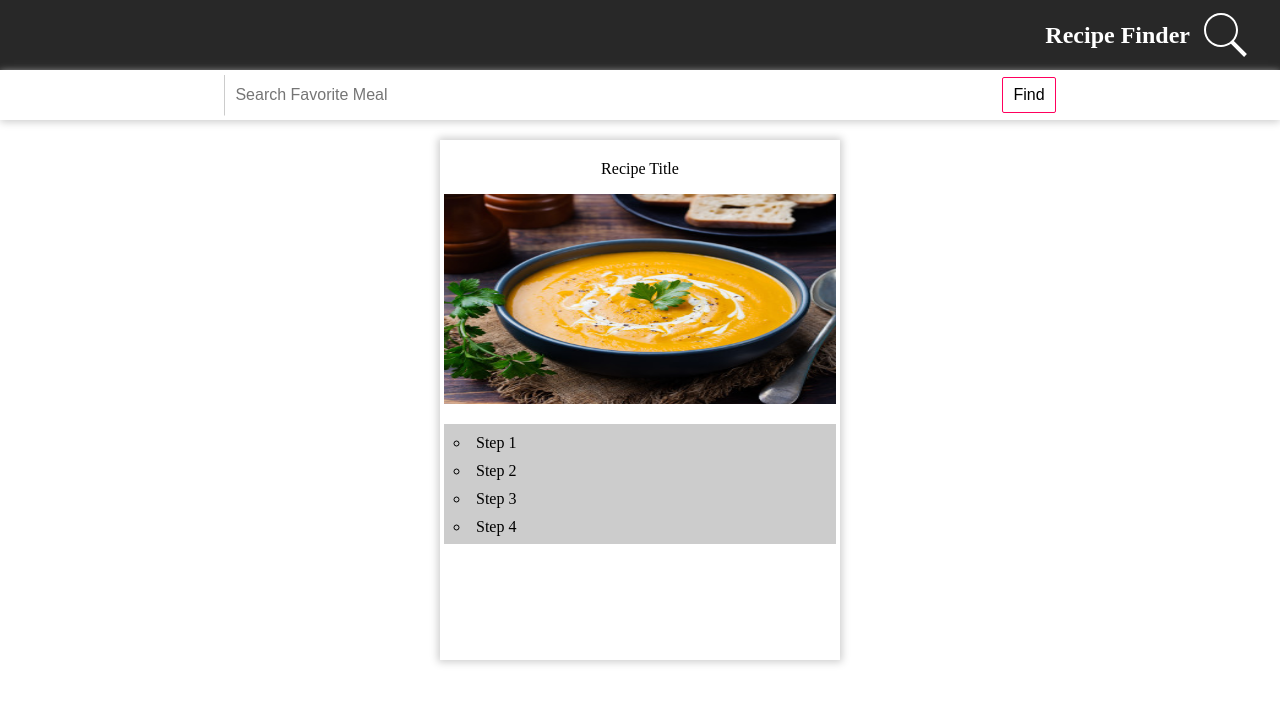
Repository: burntaftermint/recipes
Page: index.html
An editor plug-in stored every save of this project. The page is shown before and after the next save, followed by the edit.
The browser window is 1280 px wide. The pictures show the whole page.
The pointer rests on the first visible `.recipe`.
The page's requests for data from a server got no answer.

Above is the page before, as saved 2023-11-07 00:20:18.

After the next save:
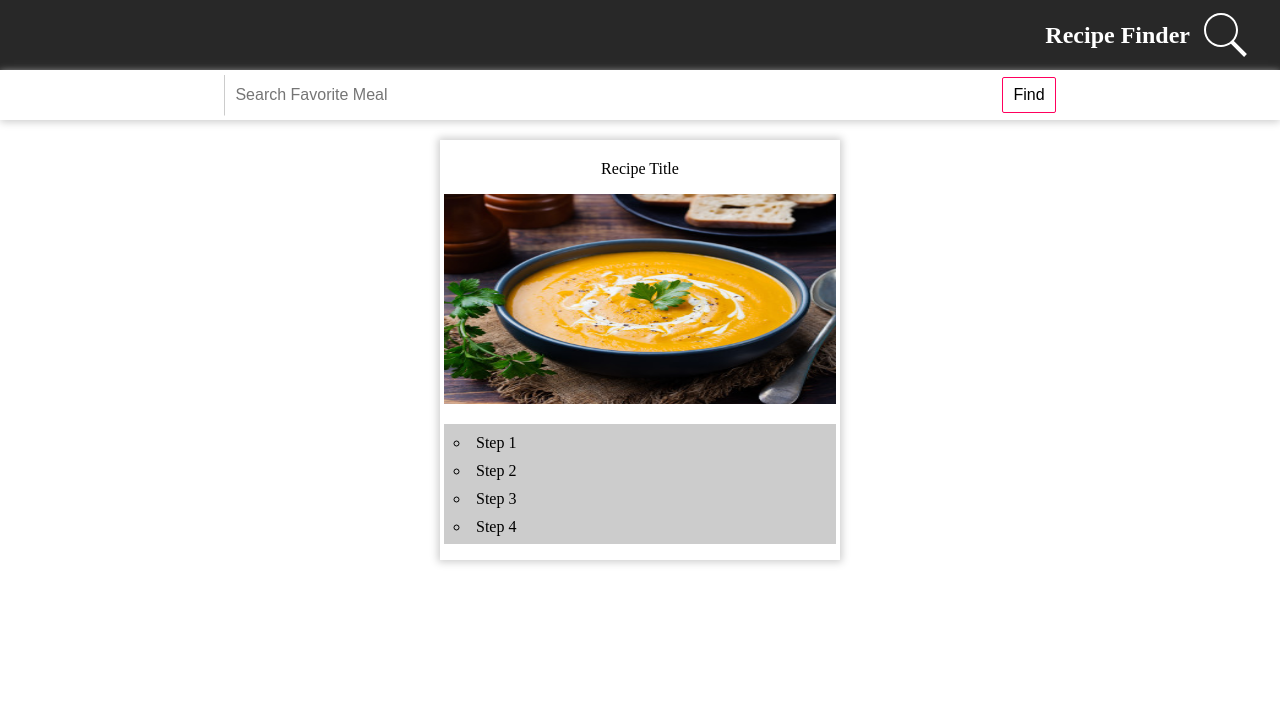
Saved 36 s later.
--- a/style.css
+++ b/style.css
@@ -144,5 +144,5 @@ header img {
 }
 
 .recipe:hover{
-    height: 520px;
+    height: 420px;
 }
